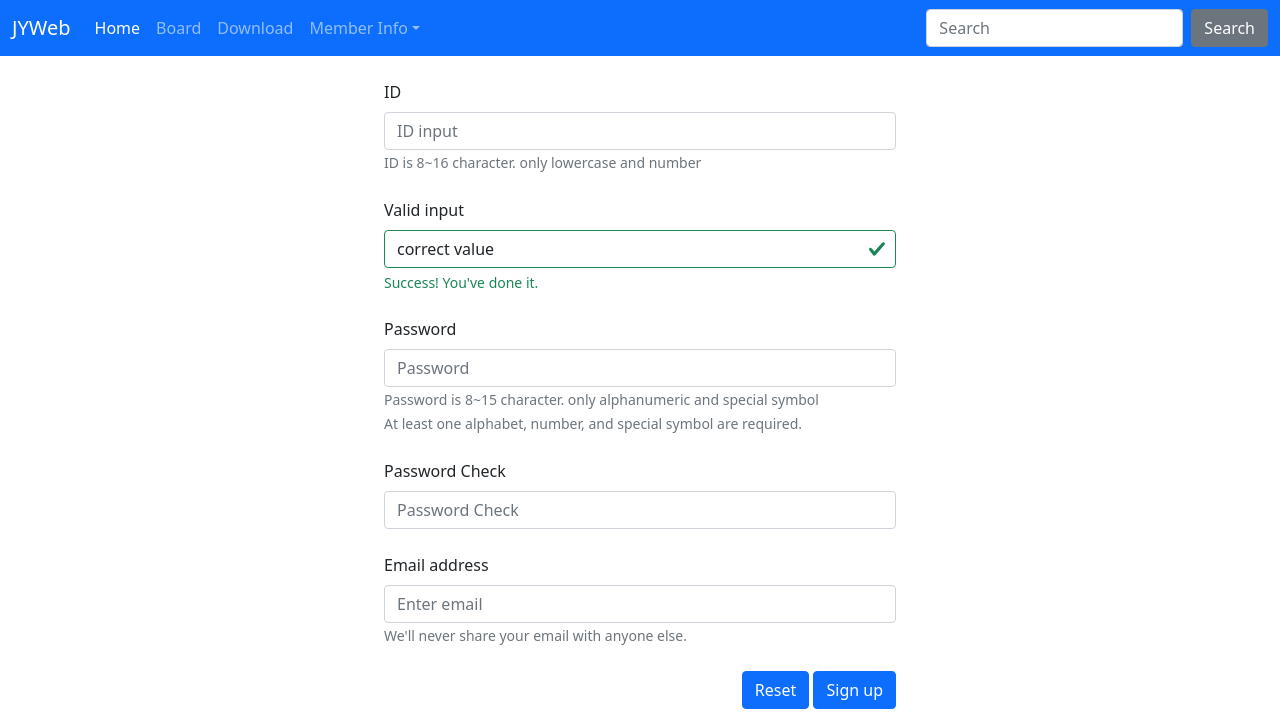
Repository: kjy4926/Javastudy
Page: http://localhost/web_service/signupform
The author's editor kept a copy of each file at every save. The page is drawn from the files as they stood at one save, then again after the next save.
The browser window is 1280 px wide. The pictures show the whole page.
The page is served by Tomcat 9.

Above is the page before, as saved 2022-06-03 03:39:48.

After the next save:
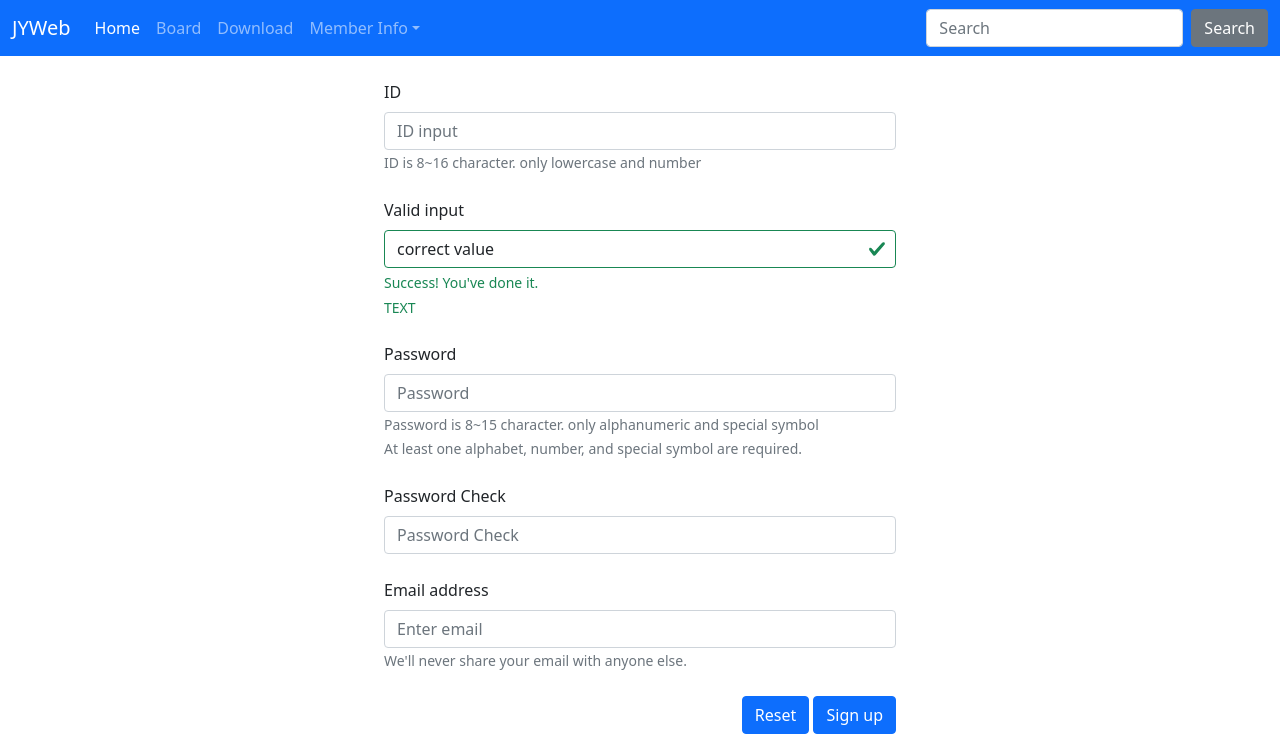
Saved 4 s later.
--- a/jspworkspace/web_service/WebContent/docs/signup.jsp
+++ b/jspworkspace/web_service/WebContent/docs/signup.jsp
@@ -36,7 +36,7 @@
 				  <label class="form-label mt-4" for="inputValid">Valid input</label>
 				  <input type="text" value="correct value" class="form-control is-valid" id="inputValid">
 				  <div class="valid-feedback">Success! You've done it.</div>
-				  <div class="invalid-feedback">TEXT</div>
+				  <div class="valid-feedback">TEXT</div>
 				</div>
 			</div>
 			<div class="form-group">

After the save that followed:
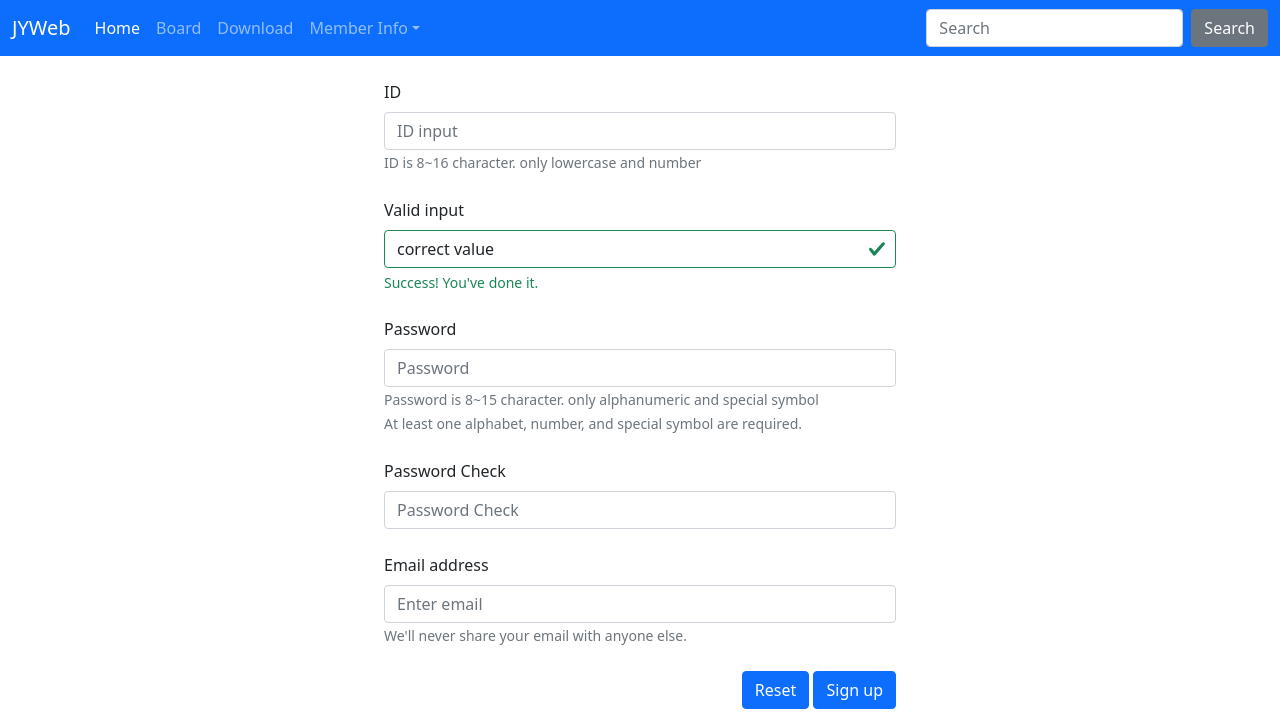
Saved 12 s later.
--- a/jspworkspace/web_service/WebContent/docs/signup.jsp
+++ b/jspworkspace/web_service/WebContent/docs/signup.jsp
@@ -36,7 +36,7 @@
 				  <label class="form-label mt-4" for="inputValid">Valid input</label>
 				  <input type="text" value="correct value" class="form-control is-valid" id="inputValid">
 				  <div class="valid-feedback">Success! You've done it.</div>
-				  <div class="valid-feedback">TEXT</div>
+				  <div class="invalid-feedback">TEXT</div>
 				</div>
 			</div>
 			<div class="form-group">
